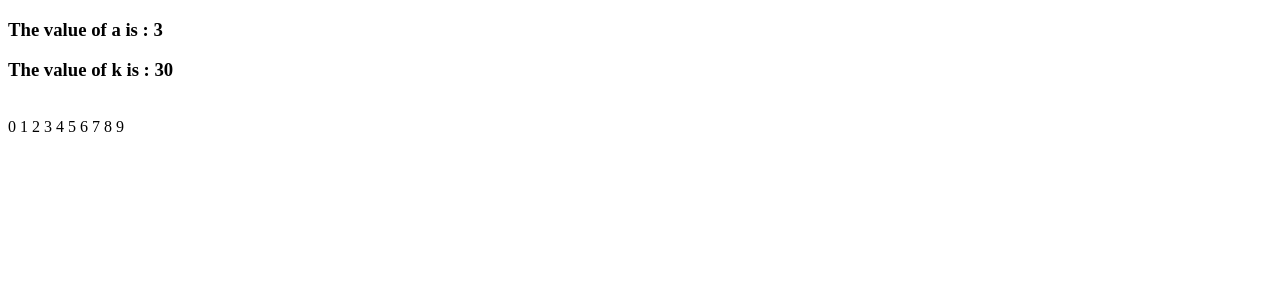
Repository: atonizer/workspace
Page: http://localhost/testProject/firstJspFile.jsp
The author's editor kept a copy of each file at every save. The page is drawn from the files as they stood at one save, then again after the next save.
The browser window is 1280 px wide. The pictures show the whole page.
The page is served by Tomcat 9. Other server files are loaded and not shown.

Above is the page before, as saved 2016-08-19 09:58:37.

### testProject/WebContent/firstJspFile.jsp
<%@ page language="java" contentType="text/html; charset=UTF-8"
    pageEncoding="UTF-8"%>
<!DOCTYPE html PUBLIC "-//W3C//DTD HTML 4.01 Transitional//EN" "http://www.w3.org/TR/html4/loose.dtd">
<html>
<head>
<meta http-equiv="Content-Type" content="text/html; charset=UTF-8">
<title>Insert title here</title>
</head>
<body>

<%!
public int sum(int a, int b){
	return a+b;
}
%>
<%
int i=1;
int b=2;
int a = i+b;
%>

<%int k = sum(10, 20); %>

<h3>The value of a is : <%=a %></h3>
<h3>The value of k is : <%=k %></h3>
<br/>

<%for(int j = 0; j<10; j++){
	out.println(j);
}
%>
</body>
</html>

After the next save:
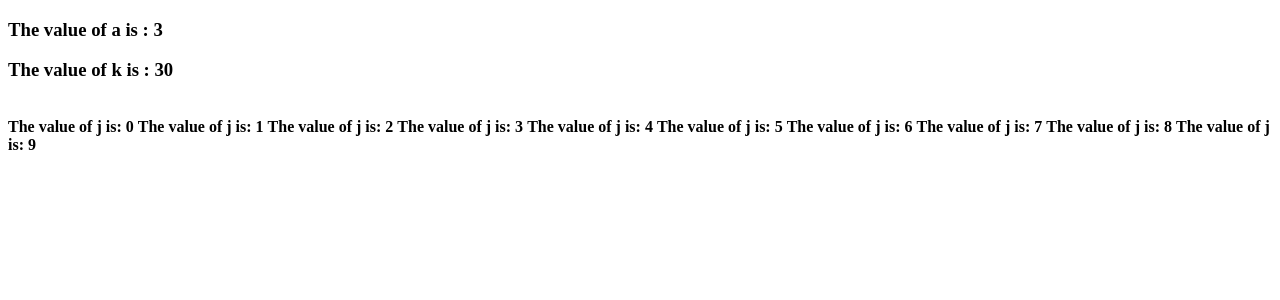
Saved 2 min 48 s later.
--- a/testProject/WebContent/firstJspFile.jsp
+++ b/testProject/WebContent/firstJspFile.jsp
@@ -26,8 +26,12 @@ int a = i+b;
 <br/>
 
 <%for(int j = 0; j<10; j++){
-	out.println(j);
-}
 %>
+
+	<b>The value of j is: <%=j %></b>
+
+
+<% }%>
+
 </body>
 </html>
